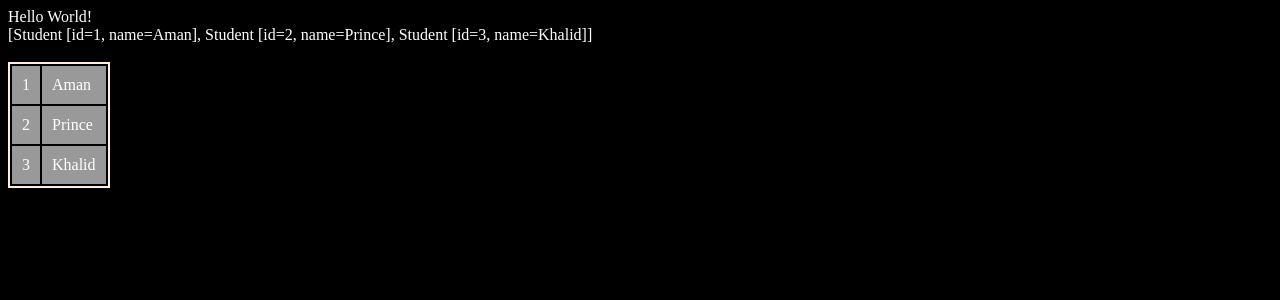
Repository: md-aman-git/Java-Repo-Epam
Page: http://localhost/JSTLDemo/DemoJstl
These files come from the project's save history. The page is drawn as it stood at one moment and after the next save; the edit follows.
The browser window is 1280 px wide. The pictures show the whole page.
The page is served by Tomcat 9.

Above is the page before, as saved 2022-03-07 16:35:20.

After the next save:
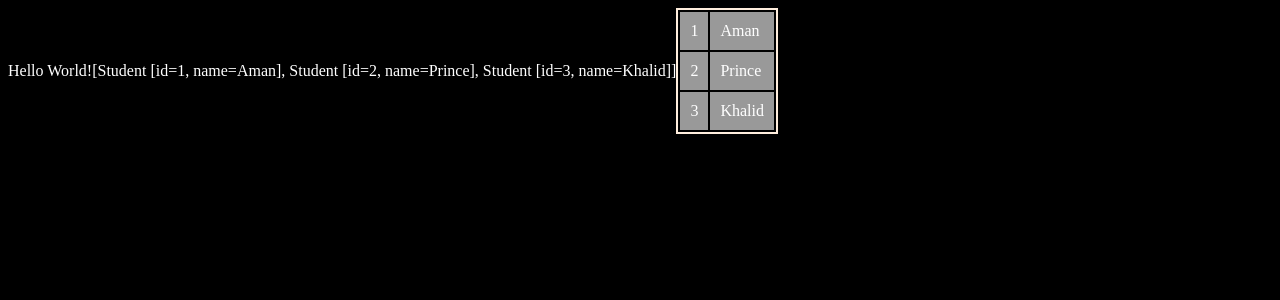
Saved 32 s later.
--- a/JspServlet/JSTLDemo/src/main/webapp/display.jsp
+++ b/JspServlet/JSTLDemo/src/main/webapp/display.jsp
@@ -11,6 +11,9 @@
 body {
 	color: #fff;
 	background: #000;
+	display: flex;
+	align-items: center;
+	justify-contents: center;
 }
 table {
 	border: 2px solid #fed;

After the save that followed:
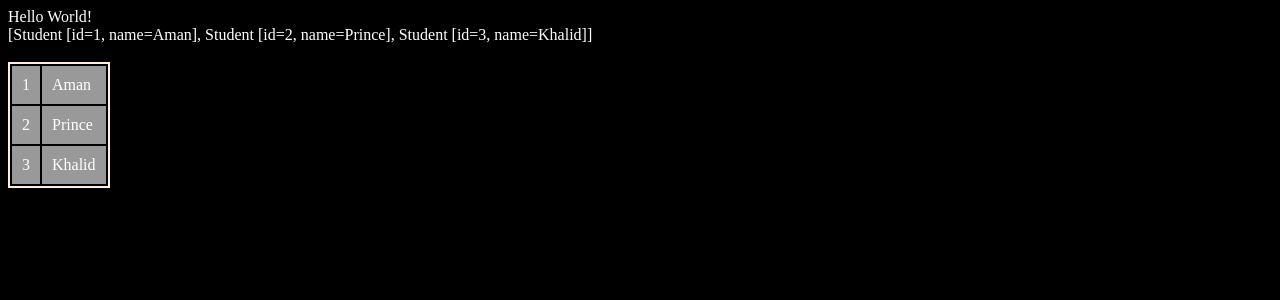
Saved 13 s later.
--- a/JspServlet/JSTLDemo/src/main/webapp/display.jsp
+++ b/JspServlet/JSTLDemo/src/main/webapp/display.jsp
@@ -11,7 +11,6 @@
 body {
 	color: #fff;
 	background: #000;
-	display: flex;
 	align-items: center;
 	justify-contents: center;
 }
